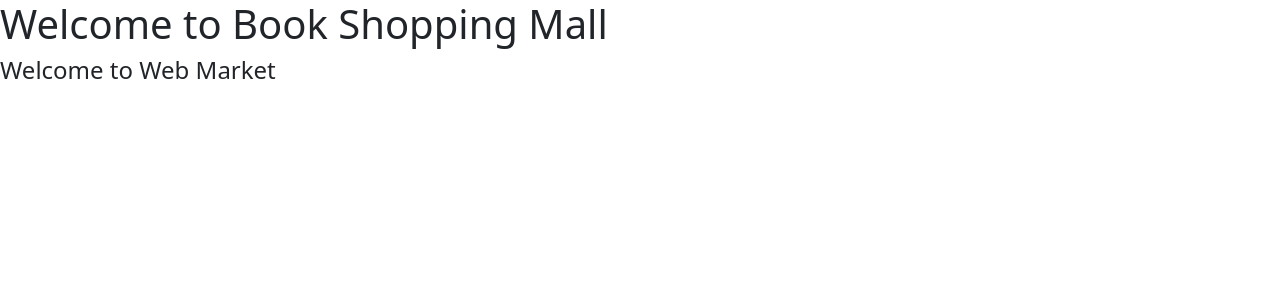
Repository: 6dreamhigh/jsp
Page: http://localhost/BookMarket/welcome.jsp
The author's editor kept a copy of each file at every save. The page is drawn from the files as they stood at one save, then again after the next save.
The browser window is 1280 px wide. The pictures show the whole page.
The page is served by Tomcat 9.

Above is the page before, as saved 2024-08-12 06:43:53.

### BookMarket/src/main/webapp/welcome.jsp
<%@ page language="java" contentType="text/html; charset=EUC-KR"
    pageEncoding="EUC-KR"%>
<!DOCTYPE html>
<html>
<head>
<meta charset="EUC-KR">
<title>Insert title here</title>
<link href="https://cdn.jsdelivr.net/npm/bootstrap@5.1.3/dist/css/bootstrap.min.css" rel="stylesheet">
</head>
<body>
<%! String greeting = "Welcome to Book Shopping Mall";
	String tagline = "Welcome to Web Market";
%>
<h1><%=greeting %></h1>
<h4><%=tagline %></h4>
</body>
</html>

After the next save:
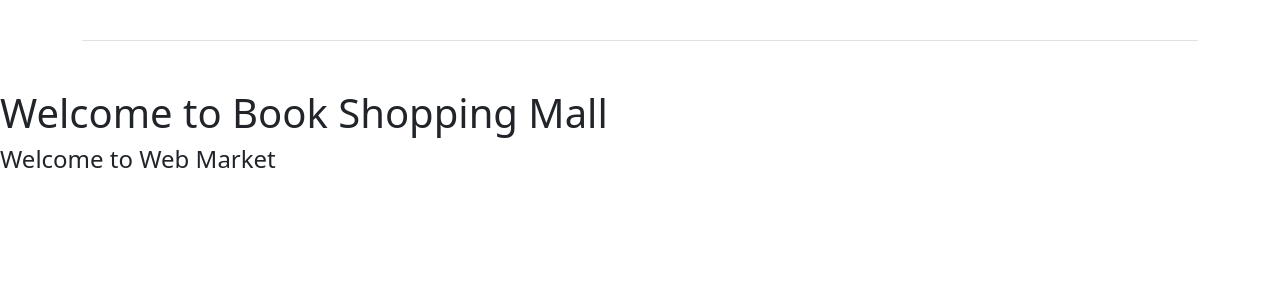
Saved 3 min 16 s later.
--- a/BookMarket/src/main/webapp/welcome.jsp
+++ b/BookMarket/src/main/webapp/welcome.jsp
@@ -4,10 +4,21 @@
 <html>
 <head>
 <meta charset="EUC-KR">
-<title>Insert title here</title>
+<title>Welcome</title>
 <link href="https://cdn.jsdelivr.net/npm/bootstrap@5.1.3/dist/css/bootstrap.min.css" rel="stylesheet">
+
 </head>
 <body>
+<div class ="container py-4">
+	<header class ="pb-3 mb-4 border-bottom">
+		<a href = "./welcome.jsp" class ="d-flex align-items-center text-dark text-decoration-none">
+
+		</a>
+	</header>
+
+
+
+</div>
 <%! String greeting = "Welcome to Book Shopping Mall";
 	String tagline = "Welcome to Web Market";
 %>
